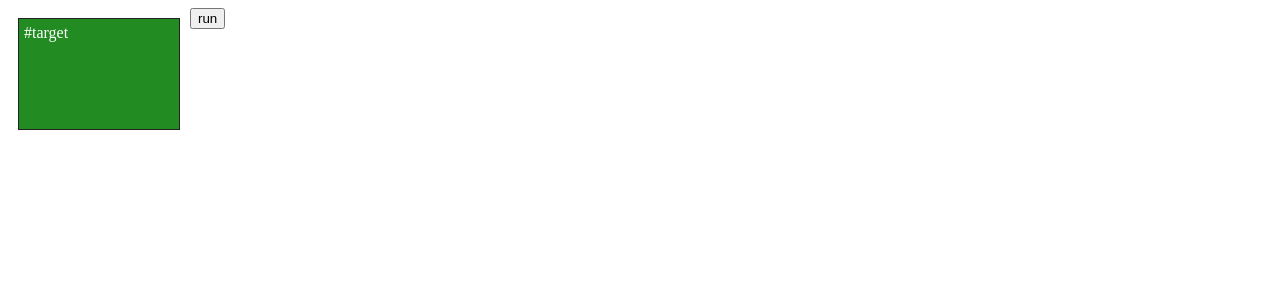
Repository: silenttemplar/java_start_project
Page: hansung_ee_2014/hansung_jquery_exercise/WebContent/select_change_background.html
An editor plug-in stored every save of this project. The page is shown before and after the next save, followed by the edit.
The browser window is 1280 px wide. The pictures show the whole page.

Above is the page before, as saved 2014-08-27 05:47:24.

### hansung_ee_2014/hansung_jquery_exercise/WebContent/select_change_background.html
<!DOCTYPE html>
<html>
<head>
<meta charset="UTF-8">
<title>Select Change Background</title>
<script src="./jquery-2.1.0.min.js"></script>
<script type="text/javascript">
	/*
	 * 대상 : 2번째 div (index number : 1)
	 * 기능 : background 변경
	 * 함수 : eq(), css()
	 */
	function run() {

	}
</script>
</head>
<body>
<div id="target"
		style="color: rgb(255, 255, 255);
		width: 150px;
		 height: 100px; float: left;
		 border: 1px solid rgb(34, 34, 34);
		 background-color: rgb(34, 139, 34);
		 margin: 10px; padding: 5px;">
		#target<br />
	</div>
	<input type="button" value="run" onclick="run()" />
</body>
</html>

Loaded but not shown: hansung_ee_2014/hansung_jquery_exercise/WebContent/jquery-2.1.0.min.js (library)

After the next save:
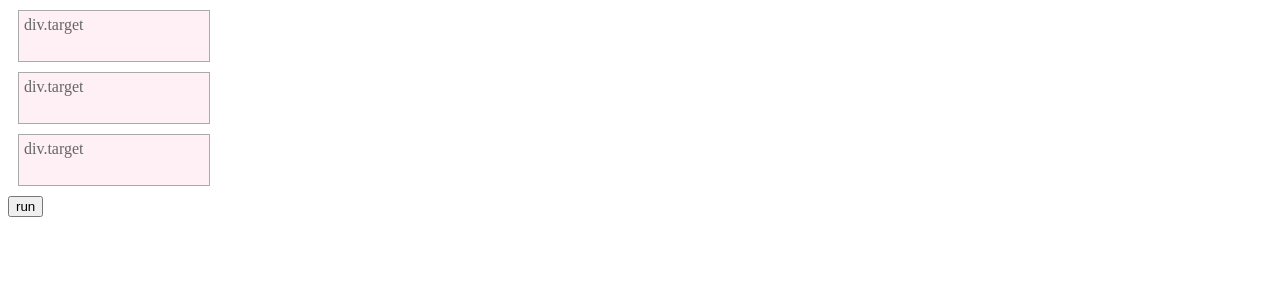
Saved 16 min 4 s later.
--- a/hansung_ee_2014/hansung_jquery_exercise/WebContent/select_change_background.html
+++ b/hansung_ee_2014/hansung_jquery_exercise/WebContent/select_change_background.html
@@ -16,14 +16,55 @@
 </script>
 </head>
 <body>
-<div id="target"
-		style="color: rgb(255, 255, 255);
-		width: 150px;
-		 height: 100px; float: left;
-		 border: 1px solid rgb(34, 34, 34);
-		 background-color: rgb(34, 139, 34);
-		 margin: 10px; padding: 5px;">
-		#target<br />
+<div class="target"
+		style="color: rgb(102, 102, 102);
+		 width: 180px; height: 40px;
+		  border: 1px solid rgb(170, 170, 170);
+		   background-color: rgb(255, 240, 245);
+		    margin: 10px; padding: 5px;
+		     background-position: initial initial;
+		      background-repeat: initial initial;">
+		div.target<br>
+		<span
+			style="display: none;
+			 color: rgb(255, 255, 255);
+			  background-color: rgb(255, 165, 0);
+			   margin: 1px;border: 1px solid rgb(34, 34, 34);
+			     padding: 5px; background-position: initial initial;
+			      background-repeat: initial initial;">span</span>
+	</div>
+<div class="target"
+		style="color: rgb(102, 102, 102);
+		 width: 180px; height: 40px;
+		  border: 1px solid rgb(170, 170, 170);
+		   background-color: rgb(255, 240, 245);
+		    margin: 10px; padding: 5px;
+		     background-position: initial initial;
+		      background-repeat: initial initial;">
+		div.target<br>
+		<span
+			style="display: none;
+			 color: rgb(255, 255, 255);
+			  background-color: rgb(255, 165, 0);
+			   margin: 1px;border: 1px solid rgb(34, 34, 34);
+			     padding: 5px; background-position: initial initial;
+			      background-repeat: initial initial;">span</span>
+	</div><div class="target"
+		style="color: rgb(102, 102, 102);
+		 width: 180px; height: 40px;
+		  border: 1px solid rgb(170, 170, 170);
+		   background-color: rgb(255, 240, 245);
+		    margin: 10px; padding: 5px;
+		     background-position: initial initial;
+		      background-repeat: initial initial;">
+		div.target<br>
+		<span
+			style="display: none;
+			 color: rgb(255, 255, 255);
+			  background-color: rgb(255, 165, 0);
+			   margin: 1px;border: 1px solid rgb(34, 34, 34);
+			     padding: 5px; background-position: initial initial;
+			      background-repeat: initial initial;">span</span>
 	</div>
 	<input type="button" value="run" onclick="run()" />
 </body>
